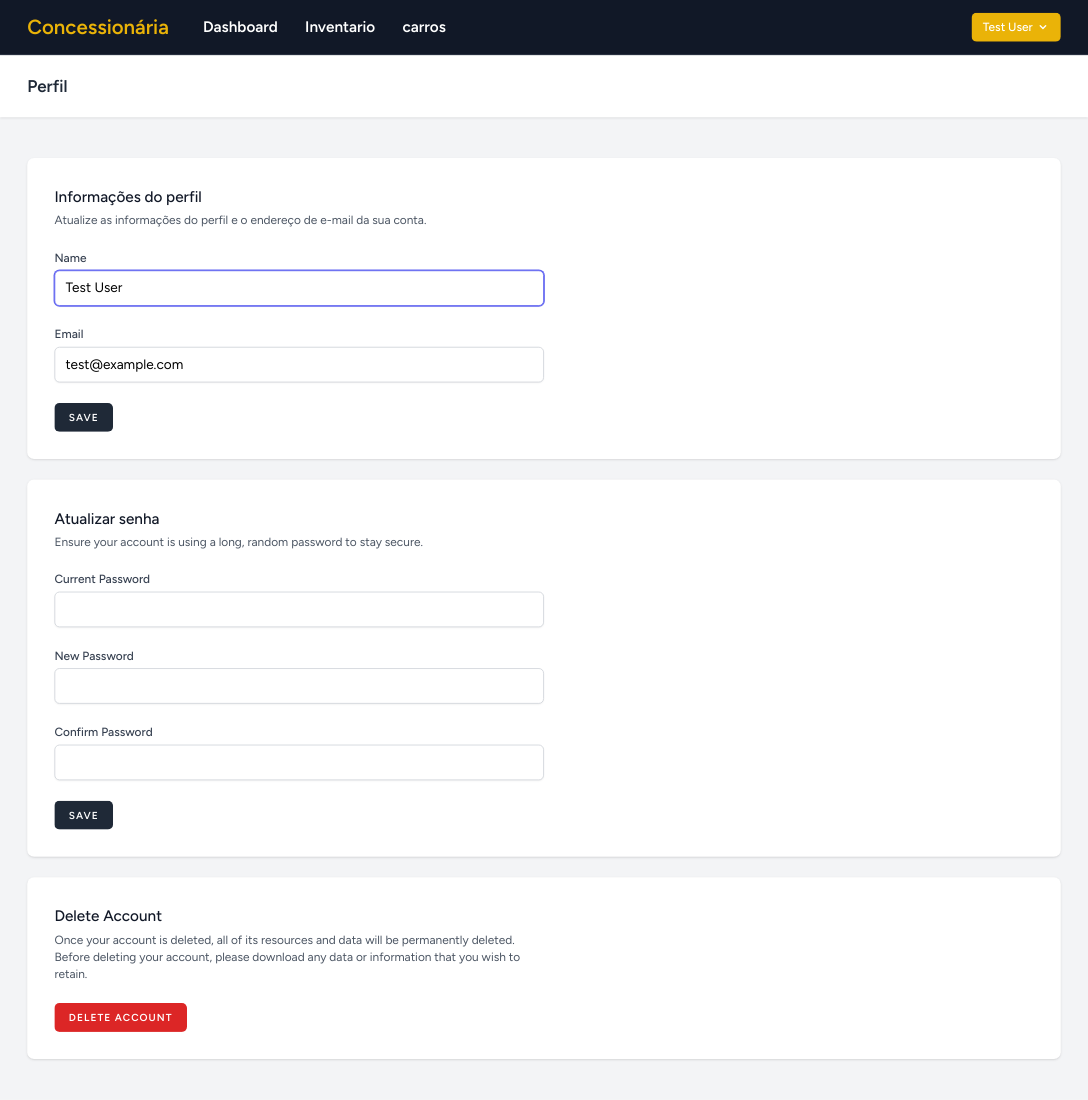
Repository: CarlosEduFF/Projeto-Concession-ria
Page: http://localhost/profile
These files come from the project's save history. The page is drawn as it stood at one moment and after the next save; the edit follows.
The browser window is 1280 px wide. The pictures show the whole page, at 85% of full size.
The page is served by the project's Laravel application, run on PHP 8.4 with Laravel 9. A made-up administrator, Test User (test@example.com), is signed in. Style sheets and scripts are compiled from the project's sources, by tool versions that may differ from the author's.

Above is the page before, as saved 2024-09-10 19:08:00.

After the next save:
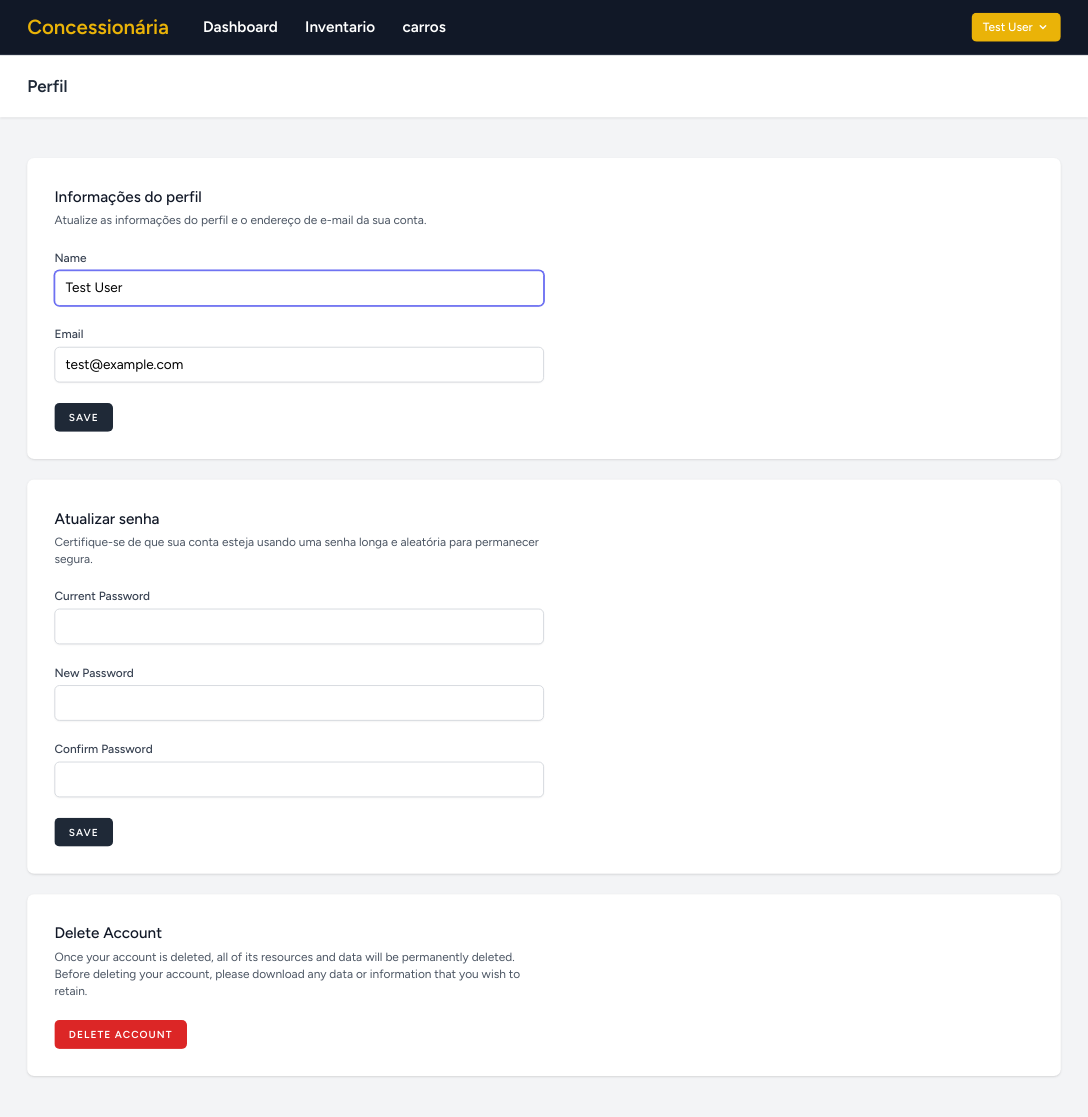
Saved 9 s later.
--- a/resources/views/profile/partials/update-password-form.blade.php
+++ b/resources/views/profile/partials/update-password-form.blade.php
@@ -5,7 +5,7 @@
         </h2>
 
         <p class="mt-1 text-sm text-gray-600 dark:text-gray-400">
-            {{ __('Ensure your account is using a long, random password to stay secure.') }}
+            {{ __('Certifique-se de que sua conta esteja usando uma senha longa e aleatória para permanecer segura.') }}
         </p>
     </header>
 
